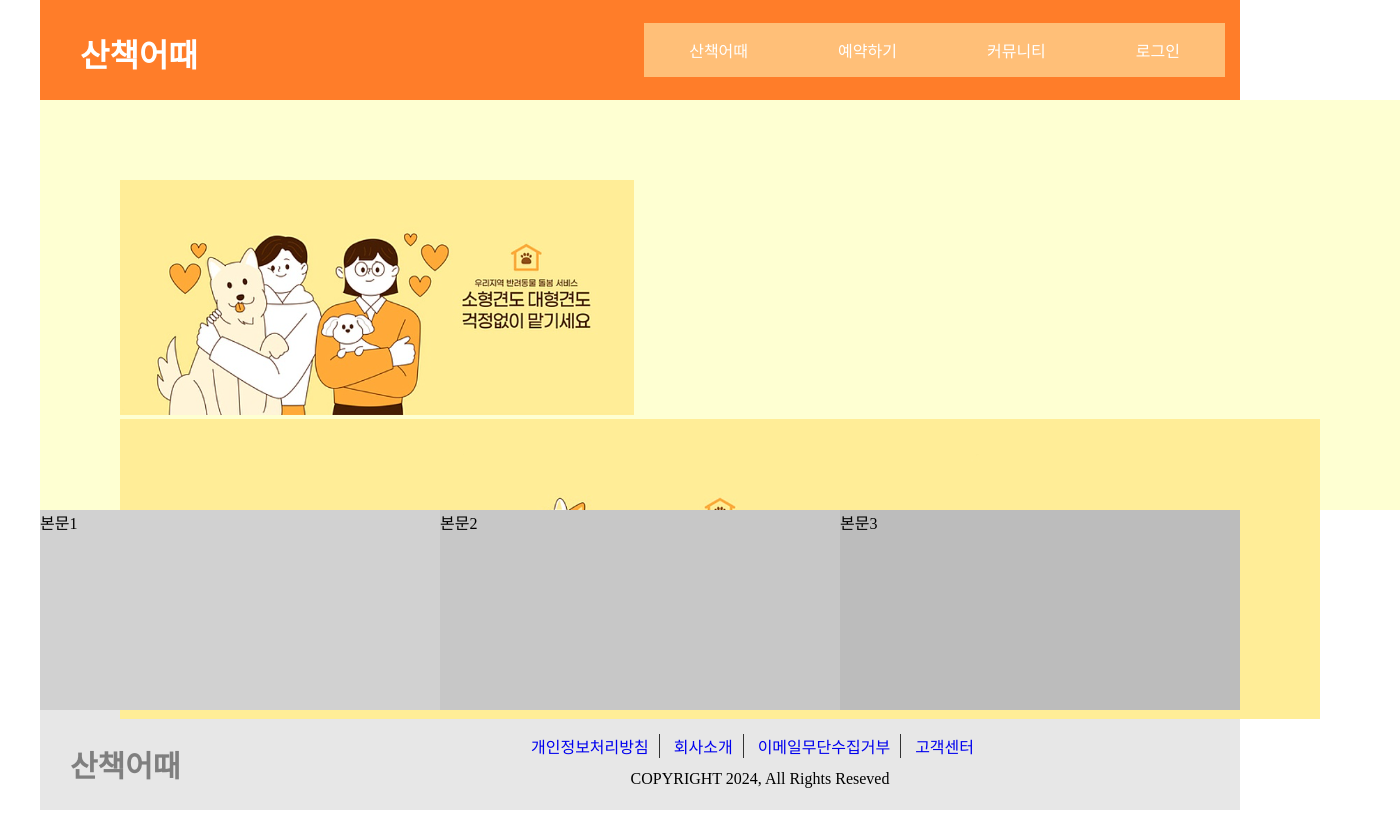
Repository: to-flatwhite1/portfolio
Page: http://localhost/JSP/
The author's editor kept a copy of each file at every save. The page is drawn from the files as they stood at one save, then again after the next save.
The browser window is 1280 px wide. The page is 1400 px wide, so the pictures cover 1400 px, including what lies to the right of the window. The pictures show the whole page.
The page is served by Tomcat 9. Other server files are loaded and not shown.

Above is the page before, as saved 2024-07-04 04:51:41.

### JSP/src/main/webapp/index.jsp
<%@ page language="java" contentType="text/html; charset=utf-8"
    pageEncoding="utf-8"%>
<!DOCTYPE html>
	<html>
	<head>
		<meta charset="utf-8">
		<title>산책어때</title>
		<link href="index.css" rel="stylesheet" type="text/css">
		<script src="jquery.min.js"></script>
		<script src="script.js"></script>
	</head>
	<body>
    <div id="wrap">
        <header id="header">
            <h1 class="logo">
                <a href="#">산책어때</a>
            </h1>
            <nav class="nav">
                <ul>
                    <li><a href="#">산책어때</a>
                        <ul class="submenu">
                            <li><a href="introduce.jsp">산책어때 소개</a></li>
                        </ul>
                    </li>
                    <li><a href="#">예약하기</a>
                        <ul class="submenu">
                            <li><a href="#">산책하고싶은 강아지</a></li>
                            <li><a href="#">산책을 시키고 싶은 지원자</a></li>
                        </ul>
                    </li>
                    <li><a href="#">커뮤니티</a>
                        <ul class="submenu">
                            <li><a href="#">리뷰</a></li>
                            <li><a href="#">자유게시판</a></li>
                        </ul>
                     </li>
                    <li><a href="#">로그인</a>
                        <ul class="submenu">
                        	<li><a href="login.jsp">로그인</a></li>
                            <li><a href="insert.jsp">회원가입</a></li>
                            <li><a href="mypage.jsp">마이페이지</a></li>
                        </ul>
                    </li>
                </ul>
            </nav>
        </header>
        <!-- header 끝 -->
		<div id="slide">
			<div class="slide_list">
				<ul>
					<li><a href="#"><img src="images/main.png"></a></li>
					<li><a href="#"><img src="images/image2.png"></a></li>
				</ul>
			</div>
		</div>
        <div id="contents">
			<div class="content1">본문1</div>
			<div class="content2">본문2</div>
            <div class="content3">본문3</div>
        </div>
        <footer id="footer">
            <div class="footer1">
                <h4>산책어때</h4>
            </div>
            <div class="footer2">
                <div class="footer2-1">
                    <ul>
                        <li><a href="#">개인정보처리방침</a></li>
                        <li><a href="#">회사소개</a></li>
                        <li><a href="#">이메일무단수집거부</a></li>
                        <li><a href="#">고객센터</a></li>
                    </ul>
                </div>
                <div class="footer2-2">
                    COPYRIGHT 2024, All Rights Reseved
                </div>
            </div>
        </footer>
    </div>

	</body>

</html>

### JSP/src/main/webapp/index.css
@charset "utf-8";
* {
    margin: 0;
    padding: 0;

}
a {
    text-decoration: none;
}
ul {
	margin-right: 15px;}


li {
    list-style: none;
}

/* wrap */
#wrap {
    width: 1200px;
    margin: 0 auto;
    position: relative;
}

/* header */
#header {
    width: 100%;
    display: flex;
    background-color: #FF7D29;
}
#header .logo {
    width: 20%;
    height: 100px;
}
#header .logo a {
    display: inline-block;
    color: white;
    padding: 30px 40px;
}
.nav {
    width: 80%;
    height: 100px;
    position: relative;
    z-index: 1000;
}
#header .nav > ul {
    display: flex;
    justify-content: right;
    align-items: center;
    height: 100%;
}
#header .nav > ul > li {
    position: relative;
}
#header .nav > ul > li > a {
    color: #fff;
    padding: 15px 45px;
    background-color: #FFBF78;	/*메뉴색*/
    display: block;
}
#header .nav > ul > li > a:hover {
    background-color: #FFDCA9;;
}
#header .nav > ul > li > ul {
    position: absolute;
    left: 0;
    background-color: #fff;
    width: 100%;
    text-align: center;
    display: none;
}
#header .nav > ul > li > ul > li > a {
    padding: 10px 20px;
    display: block;
}
#header .nav > ul > li > ul > li > a:hover {
    background-color: #FFBF78	;
}
#slide{
	width: 100%;
	display: flex;
/*	margin:30px 5px 30px 5px;*/

}

#slide .slide_list{
	width: 100%;
	height: 250px;
	padding:80px;
	background-color: #FEFFD2;
}

#contents {
    width: 100%;
    display: flex;
}
#contents .content1 {
    width: 33.3333%;
    height: 200px;
    background-color: #d1d1d1;
}
#contents .content2 {
    width: 33.3333%;
    height: 200px;
    background-color: #c7c7c7;
}
#contents .content3 {
    width: 33.3333%;
    height: 200px;
    background-color: #bcbcbc;
}

#footer {
    width: 100%;
    display: flex;
    background-color: #e7e7e7;
}
#footer .footer1 {
    width: 20%;
    height: 100px;
}
#footer .footer1 h4 {
    font-size: 30px;
    color: #7f7f7f;
    padding: 32px 30px;
}
#footer .footer2 {
    width: 80%;
}
#footer .footer2 .footer2-1 {
    width: 100%;
    height: 50px;
    text-align: center;
}
#footer .footer2 .footer2-1 ul {
    padding-top: 24px;
}
#footer .footer2 .footer2-1 li {
    display: inline-block;
    border-right: 1px solid #333;
}
#footer .footer2 .footer2-1 li:last-child {
    border: 0;
}
#footer .footer2 .footer2-1 li a {
    padding: 10px;
}
#footer .footer2 .footer2-1 li a:hover {
    text-decoration: underline;
}
#footer .footer2 .footer2-2 {
    width: 100%;
    height: 50px;
    text-align: center;
    padding-top: 10px;
    box-sizing: border-box;
}

/* contents : banner */

### JSP/src/main/webapp/script.js
$(function(){


        // 메뉴 : 하나씩 나오기
        $(".nav > ul > li").mouseover(function(){
            $(this).find(".submenu").stop().slideDown(200);
        });
        $(".nav > ul > li").mouseout(function(){
            $(this).find(".submenu").stop().slideUp(200);
        });

       function slide(){
		   $(".slide_list ul").animate({top:-300},1000,function(){
			   $(".slide_list ul").append($(".slide_list ul li").first());
			   $(".slide_list ul").css({top:0});
		   });
	   }
	   setInterval(slide,3000);

    });

Loaded but not shown: JSP/src/main/webapp/jquery.min.js (library)

After the next save:
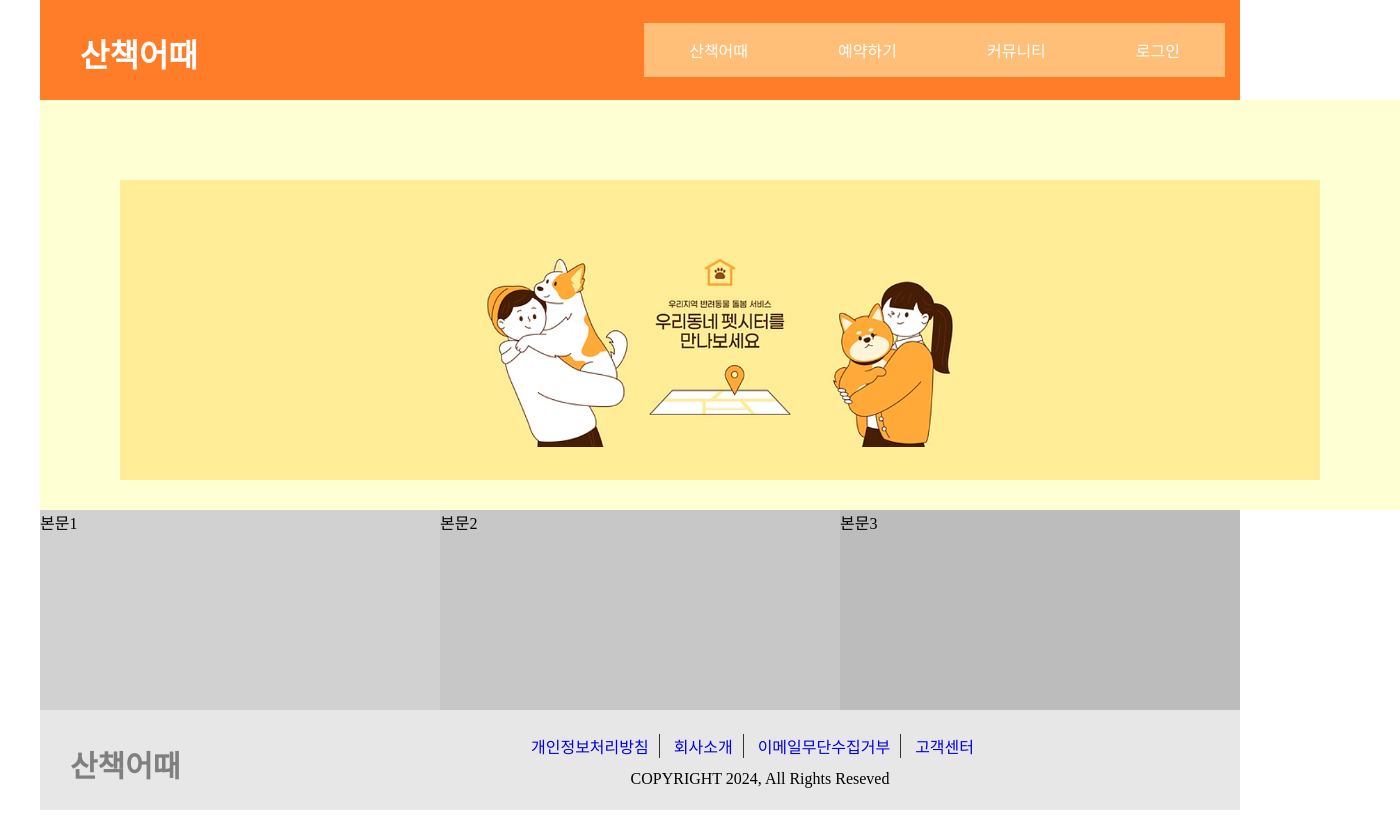
Saved 18 s later.
--- a/JSP/src/main/webapp/index.jsp
+++ b/JSP/src/main/webapp/index.jsp
@@ -49,7 +49,7 @@
 			<div class="slide_list">
 				<ul>
 					<li><a href="#"><img src="images/main.png"></a></li>
-					<li><a href="#"><img src="images/image2.png"></a></li>
+
 				</ul>
 			</div>
 		</div>
